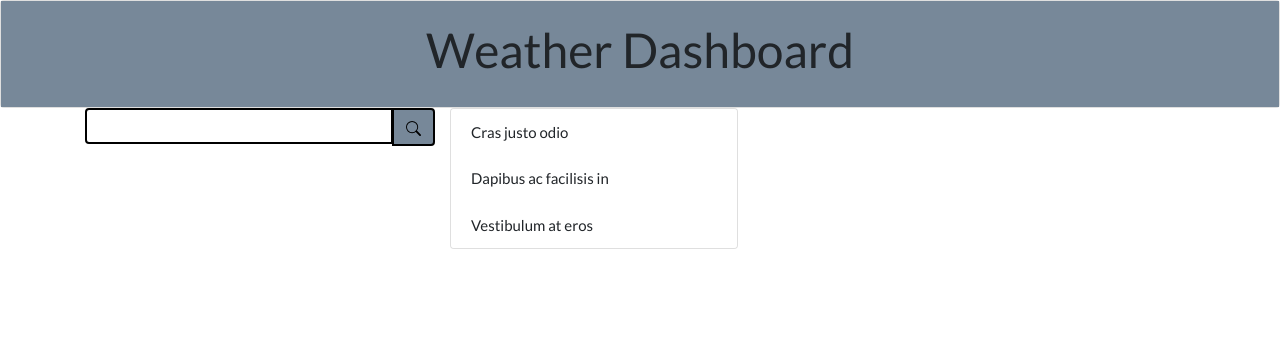
Repository: himaja830/Weather-Dashboard
Page: index.html
An editor plug-in stored every save of this project. The page is shown before and after the next save, followed by the edit.
The browser window is 1280 px wide. The pictures show the whole page.
Some web libraries are served in a nearby version.

Above is the page before, as saved 2020-06-26 15:35:09.

### index.html
<!DOCTYPE html>
<html lang="en">

<head>
    <meta charset="UTF-8">
    <meta name="viewport" content="width=device-width, initial-scale=1.0">
    <title>Weathe Dashboard</title>
    <link rel="stylesheet" href="https://stackpath.bootstrapcdn.com/bootstrap/4.3.1/css/bootstrap.min.css" />
    <link href="https://stackpath.bootstrapcdn.com/bootswatch/4.5.0/flatly/bootstrap.min.css" rel="stylesheet"
        integrity="sha384-mhpbKVUOPCSocLzx2ElRISIORFRwr1ZbO9bAlowgM5kO7hnpRBe+brVj8NNPUiFs" crossorigin="anonymous">
    <link rel="stylesheet" href="https://use.fontawesome.com/releases/v5.8.1/css/all.css"
        integrity="sha384-50oBUHEmvpQ+1lW4y57PTFmhCaXp0ML5d60M1M7uH2+nqUivzIebhndOJK28anvf" crossorigin="anonymous" />
    <link rel="stylesheet" href="assets/style.css">
</head>

<div class="card">
    <div class="card-body">
        <h1>Weather Dashboard</h1>
    </div>
</div>
<div class="container">
    <div class="row">
      <div class="col-sm-4">
        <div class="input-group mb-3">
            <input type="text" class="form-control"  aria-label="" aria-describedby="button-addon2">
            <div class="input-group-append">
              <button class="btn btn-outline-secondary" type="button" id="button-addon2"><svg class="bi bi-search" width="1em" height="1em" viewBox="0 0 16 16" fill="currentColor" xmlns="http://www.w3.org/2000/svg">
                <path fill-rule="evenodd" d="M10.442 10.442a1 1 0 0 1 1.415 0l3.85 3.85a1 1 0 0 1-1.414 1.415l-3.85-3.85a1 1 0 0 1 0-1.415z"/>
                <path fill-rule="evenodd" d="M6.5 12a5.5 5.5 0 1 0 0-11 5.5 5.5 0 0 0 0 11zM13 6.5a6.5 6.5 0 1 1-13 0 6.5 6.5 0 0 1 13 0z"/>
              </svg>
            </button>
            </div>
          </div>
      </div>
      <div class="card" style="width: 18rem;">
        <ul class="list-group list-group-flush">
          <li class="list-group-item">Cras justo odio</li>
          <li class="list-group-item">Dapibus ac facilisis in</li>
          <li class="list-group-item">Vestibulum at eros</li>
        </ul>
      </div>
      <div class="col-sm-8">
    </div>
</div>
</div>
</body>

</html>

### assets/style.css
.card-body {
    background-color: lightslategray;
    text-align: center;
}
.btn-outline-secondary {
    color:black;
    background-color: lightslategray;
    border: 2px solid black;

}
.form-control {
    border: 2px solid black;
}

After the next save:
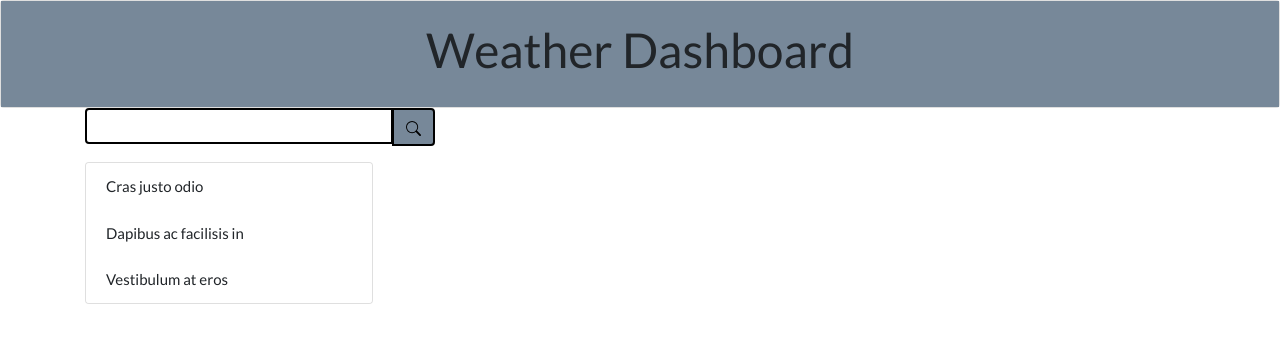
Saved 52 s later.
--- a/index.html
+++ b/index.html
@@ -31,14 +31,15 @@
             </button>
             </div>
           </div>
+          <div class="card" style="width: 18rem;">
+            <ul class="list-group list-group-flush">
+              <li class="list-group-item">Cras justo odio</li>
+              <li class="list-group-item">Dapibus ac facilisis in</li>
+              <li class="list-group-item">Vestibulum at eros</li>
+            </ul>
+          </div>
       </div>
-      <div class="card" style="width: 18rem;">
-        <ul class="list-group list-group-flush">
-          <li class="list-group-item">Cras justo odio</li>
-          <li class="list-group-item">Dapibus ac facilisis in</li>
-          <li class="list-group-item">Vestibulum at eros</li>
-        </ul>
-      </div>
+
       <div class="col-sm-8">
     </div>
 </div>
